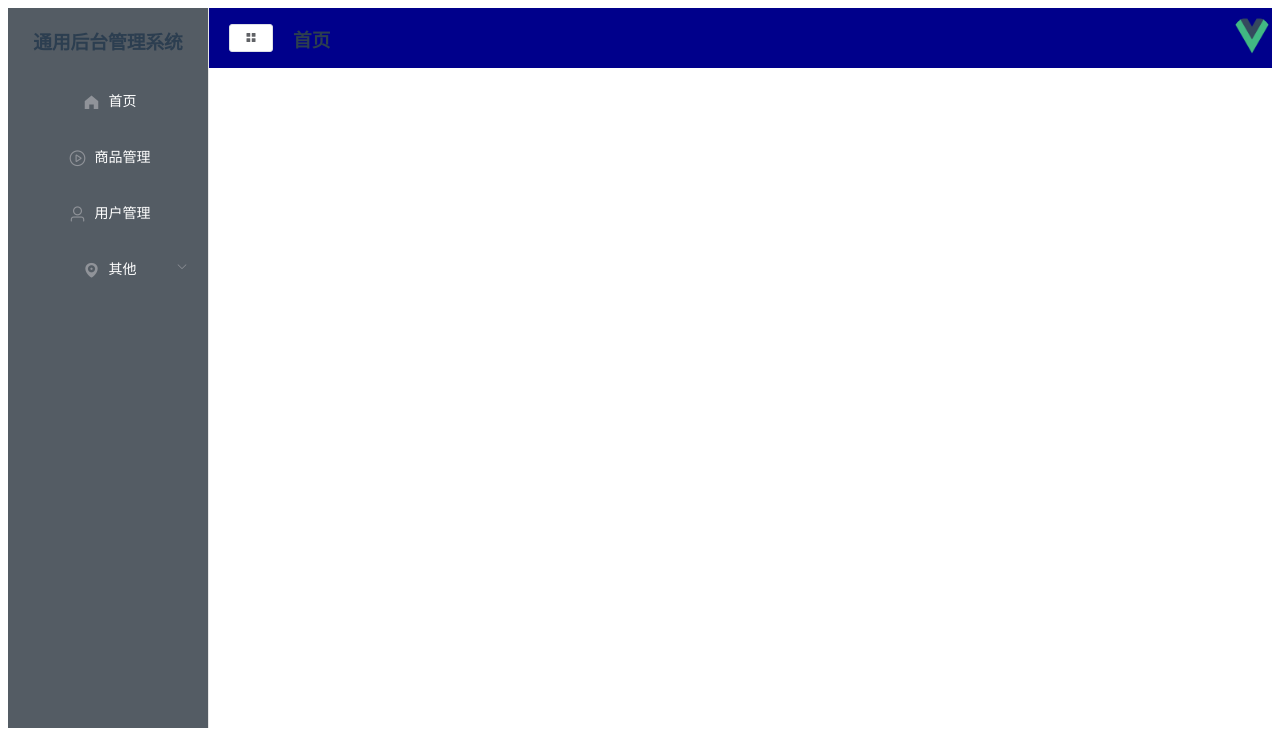
Repository: 385841539/VueStudy
Page: / (app in vue_cli/)
The author's editor kept a copy of each file at every save. The page is drawn from the files as they stood at one save, then again after the next save.
The browser window is 1280 px wide. The pictures show the whole page.
The project was rebuilt for these pictures with package versions that can differ from the ones it lists, and the page was loaded fresh each time. Also part of the build but not shown: vue_cli/vue.config.js.

Above is the page before, as saved 2022-01-12 20:00:42.

After the next save:
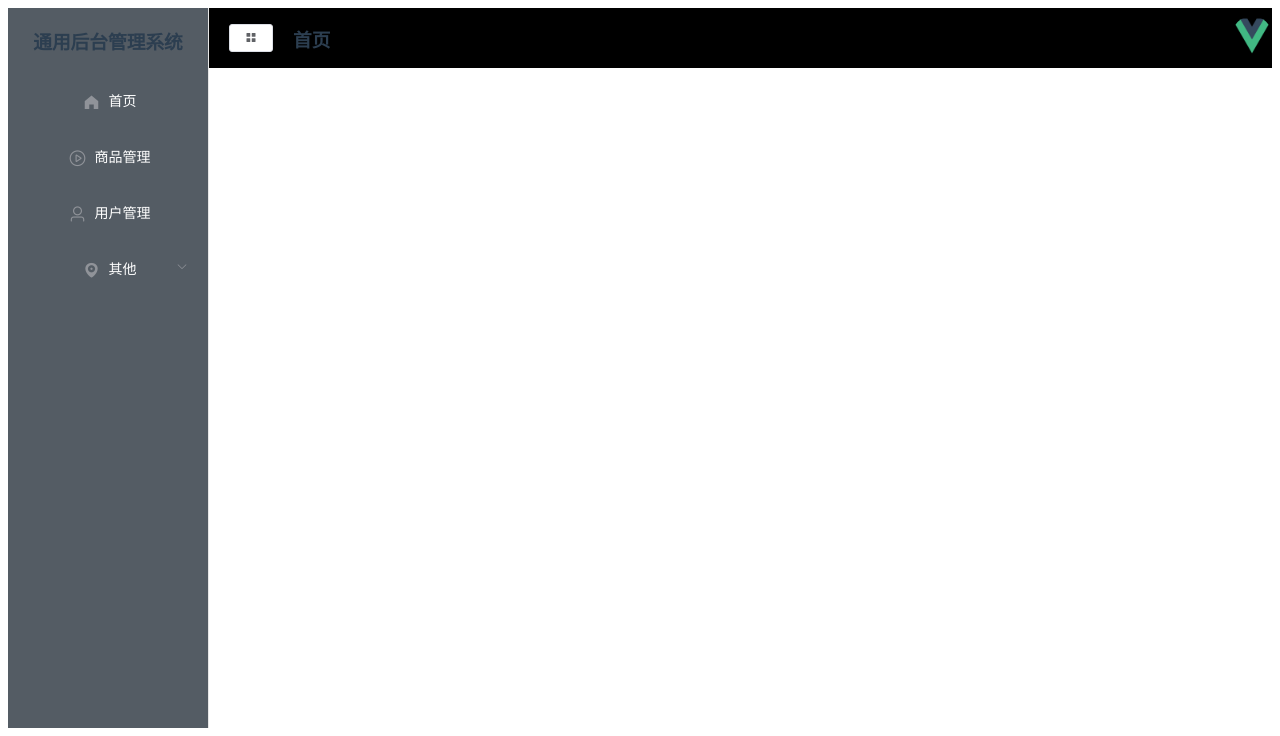
Saved 106 s later.
--- a/vue_cli/src/views/Main.vue
+++ b/vue_cli/src/views/Main.vue
@@ -30,7 +30,7 @@ export default {
   padding: 0%;
 }
 .el-header {
-  background-color: darkblue;
+  background-color: black;
   width: 100%;
   padding: 0%;
   margin: 0%;
